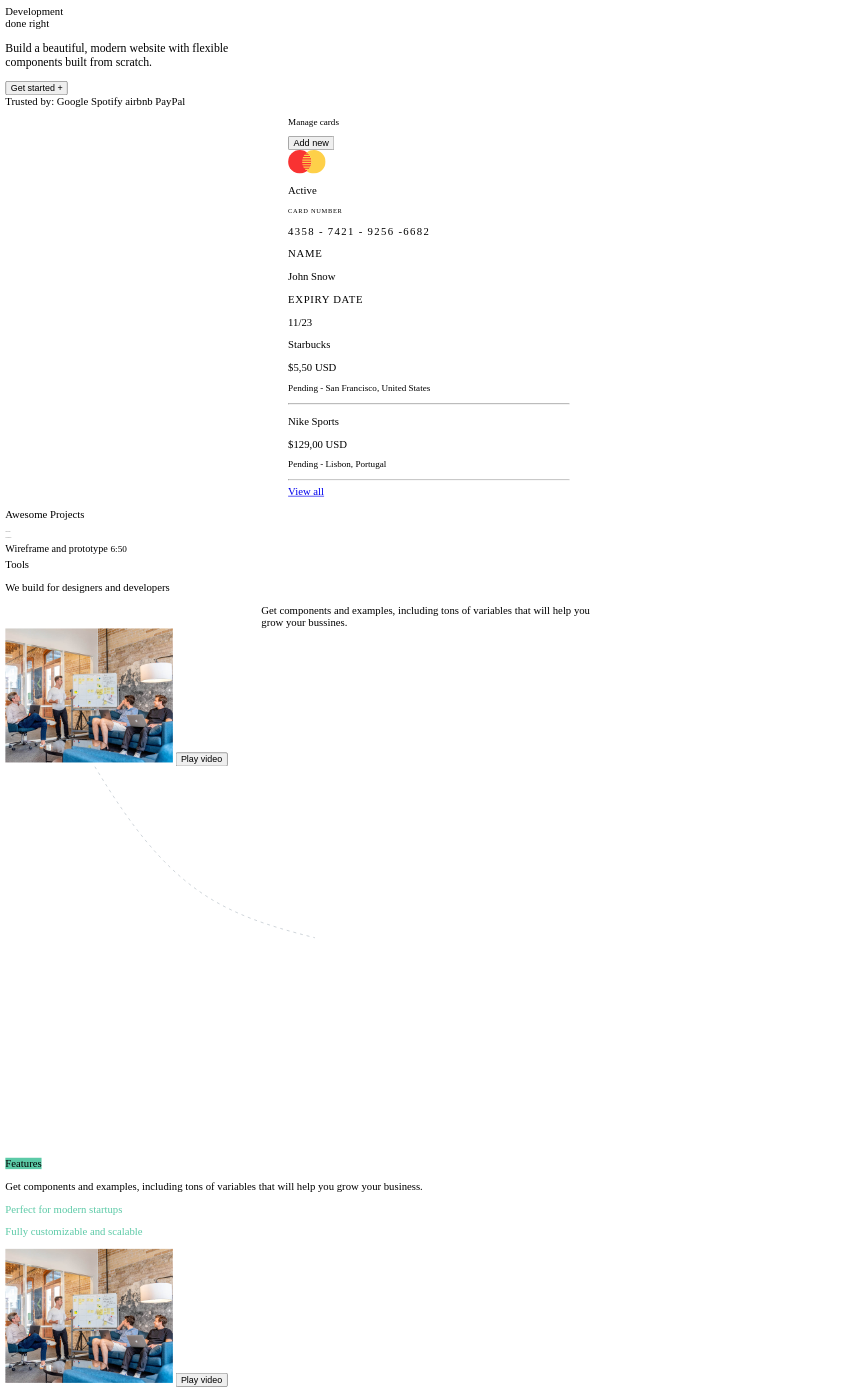
Repository: brandonc16/odoo-task
Page: components/hero.html
These files come from the project's save history. The page is drawn as it stood at one moment and after the next save; the edit follows.
The browser window is 1280 px wide. The pictures show the whole page, at 67% of full size.

Above is the page before, as saved 2026-03-16 01:26:17.

After the next save:
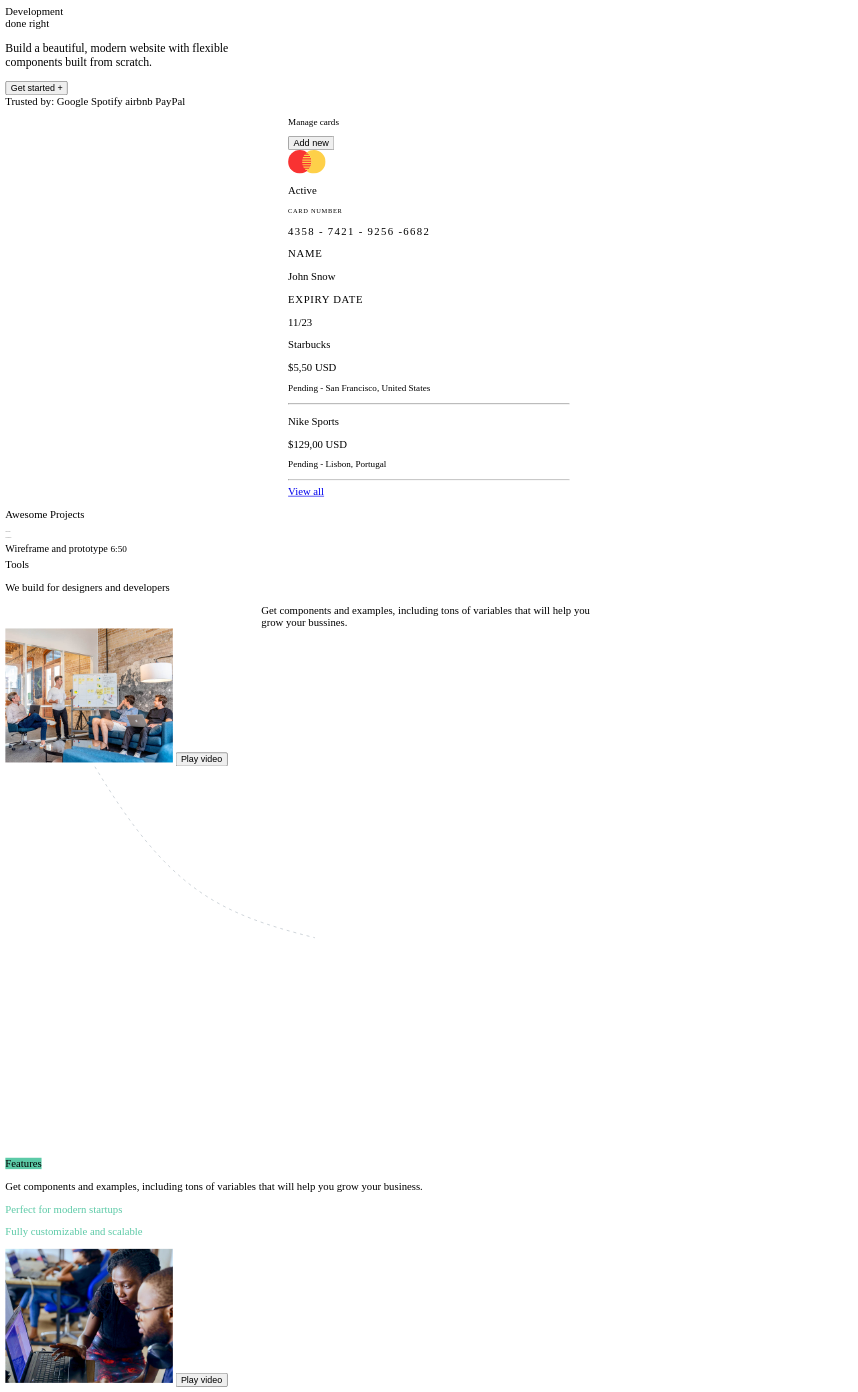
Saved 57 s later.
--- a/components/hero.html
+++ b/components/hero.html
@@ -261,7 +261,7 @@
 <!-- SECTION FEATURES -->
 
 <div class="py-5 my-5 position-relative overflow-hidden">
-  <div class="px-lg-10 align-items-center">
+  <div class="row px-lg-10 align-items-center">
     <div class="col-12 col-lg-5 mb-5 mb-lg-0">
       <span
       class="badge text-white px-3 py-2 rounded-pill mb-4 fs-6"
@@ -299,7 +299,7 @@
   <div class="position-relative  shadow-lg rounded-3 overflow-hidden;">
 
     <img
-    src="/assets/img_01.jpg"
+    src="/assets/img_02.jpg"
     alt="Team working"
     height="55"
     class="img-fluid w-100"
